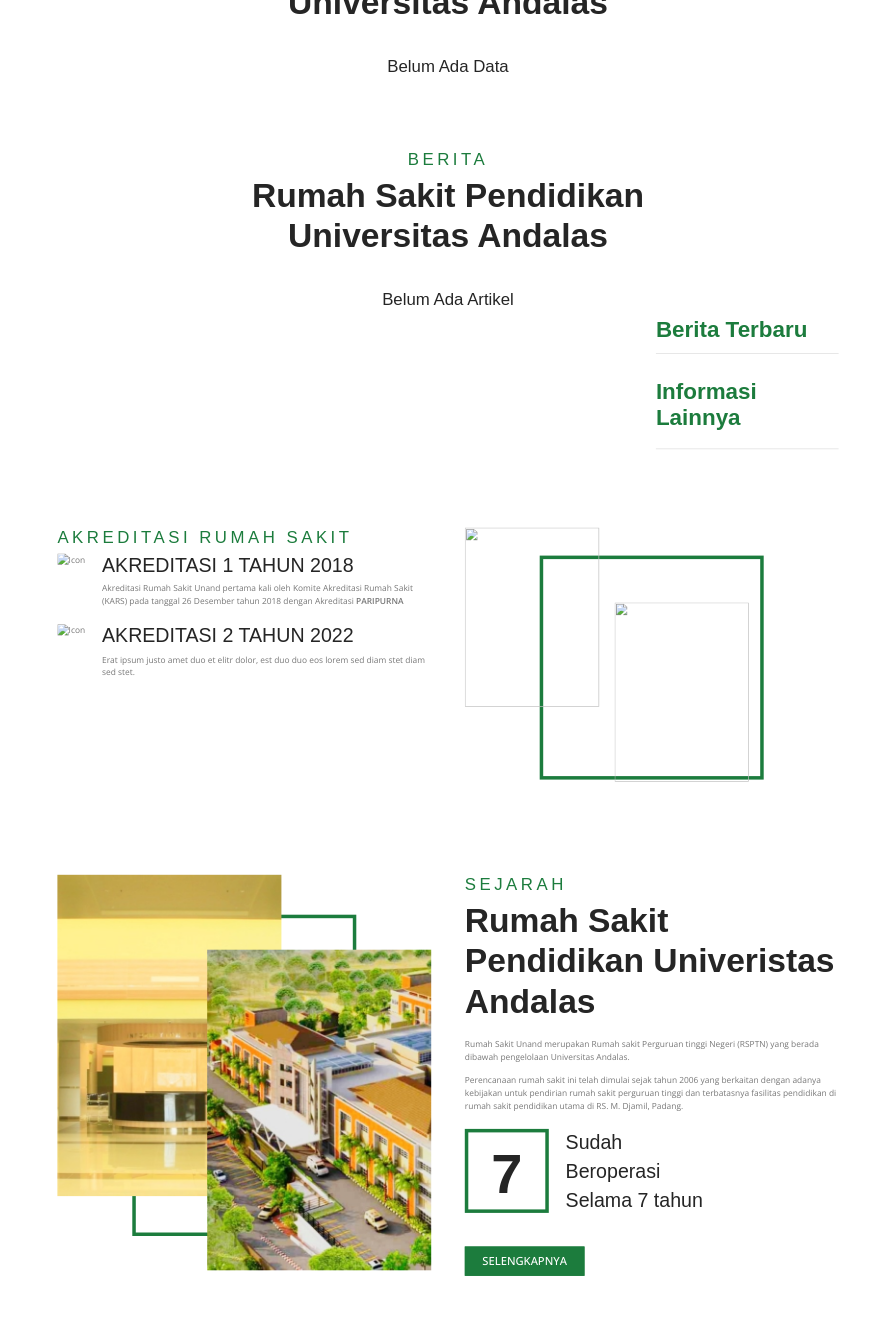
Repository: vivin-erialis/rsunand-site
Page: http://localhost/
An editor plug-in stored every save of this project. The page is shown before and after a run of saves, followed by the edit.
The browser window is 1280 px wide. The pictures show the part of the page from y = 344 to 2264 px (the page is 3111 px tall), at 70% of full size.
Some web fonts or font styles are not loaded; a fallback is used. Some web libraries are served in a nearby version. The page is served by the project's Laravel application, run on PHP 8.4 with Laravel 12. Queries for data that is not in the repository find no rows.

Above is the page before, as saved 2024-06-10 08:16:22.
Console error: TypeError: Cannot read properties of undefined (reading 'version')

After the next 2 saves:
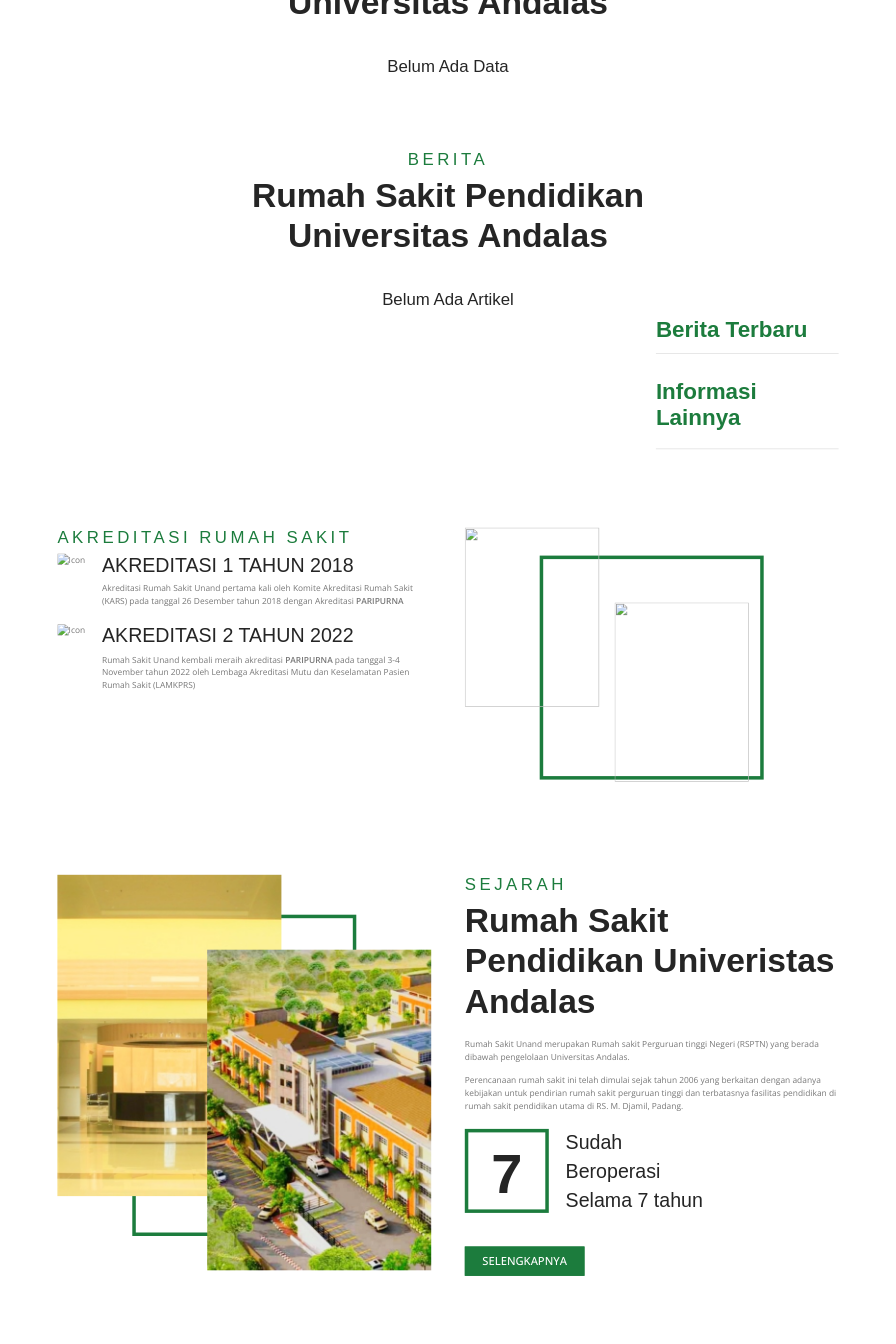
The 2 saves are shown as one change because they came seconds apart.
The last was saved 117 s later.
--- a/resources/views/Frontend/home.blade.php
+++ b/resources/views/Frontend/home.blade.php
@@ -110,8 +110,8 @@
         </div>
     </div>
 
-      {{-- Berita --}}
-      <div class="container-xxl py-5">
+    {{-- Berita --}}
+    <div class="container-xxl py-5">
         <div class="container">
             <div class="text-center mx-auto mb-5 wow fadeInUp" data-wow-delay="0.1s" style="max-width: 600px;">
                 <h4 class="section-title">Berita</h4>
@@ -207,7 +207,8 @@
 
                     <br>
                     <div>
-                        <h2 class="mb-4" style="color: #1C7C3D">Informasi Lainnya</h2> <hr>
+                        <h2 class="mb-4" style="color: #1C7C3D">Informasi Lainnya</h2>
+                        <hr>
                         {{-- @foreach ($recentPosts as $new)
                             <div class="row news-block news-block-two-col d-flex mt-4">
                                 <div class="col-5 news-block-two-col-image-wrap">
@@ -269,7 +270,10 @@
                                 <img class="flex-shrink-0" src="img/icons/icon-2.png" alt="Icon">
                                 <div class="ms-4">
                                     <h3>AKREDITASI 1 TAHUN 2018</h3>
-                                    <p class="mb-0">Akreditasi Rumah Sakit Unand pertama kali oleh Komite Akreditasi Rumah Sakit (KARS) pada tanggal 26 Desember tahun 2018 dengan Akreditasi <strong>PARIPURNA</strong></p>
+                                    <p class="mb-0">Akreditasi Rumah Sakit Unand pertama kali oleh Komite Akreditasi
+                                        Rumah Sakit (KARS) pada tanggal 26 Desember tahun 2018 dengan Akreditasi
+                                        <strong>PARIPURNA</strong>
+                                    </p>
                                 </div>
                             </div>
                         </div>
@@ -278,7 +282,9 @@
                                 <img class="flex-shrink-0" src="img/icons/icon-4.png" alt="Icon">
                                 <div class="ms-4">
                                     <h3>AKREDITASI 2 TAHUN 2022</h3>
-                                    <p class="mb-0">Erat ipsum justo amet duo et elitr dolor, est duo duo eos lorem sed diam stet diam sed stet.</p>
+                                    <p class="mb-0">Rumah Sakit Unand kembali meraih akreditasi
+                                        <strong>PARIPURNA</strong> pada tanggal 3-4 November tahun 2022 oleh Lembaga
+                                        Akreditasi Mutu dan Keselamatan Pasien Rumah Sakit (LAMKPRS) </p>
                                 </div>
                             </div>
                         </div>
